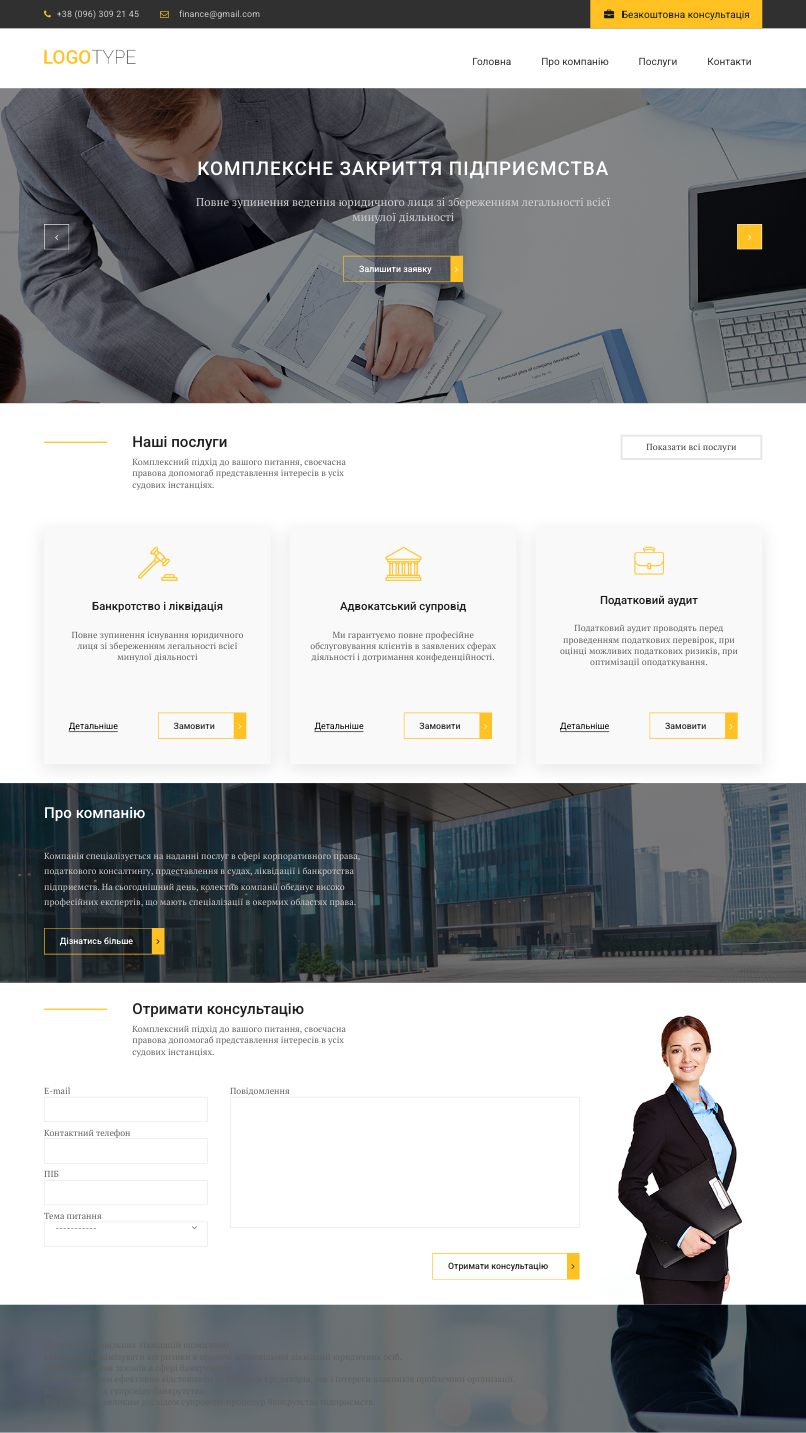
Repository: oliachipko/companysait
Page: index.html
These files come from the project's save history. The page is drawn as it stood at one moment and after the next save; the edit follows.
The browser window is 1280 px wide. The pictures show the whole page, at 63% of full size.

Above is the page before, as saved 2020-11-20 09:58:32.

After the next save:
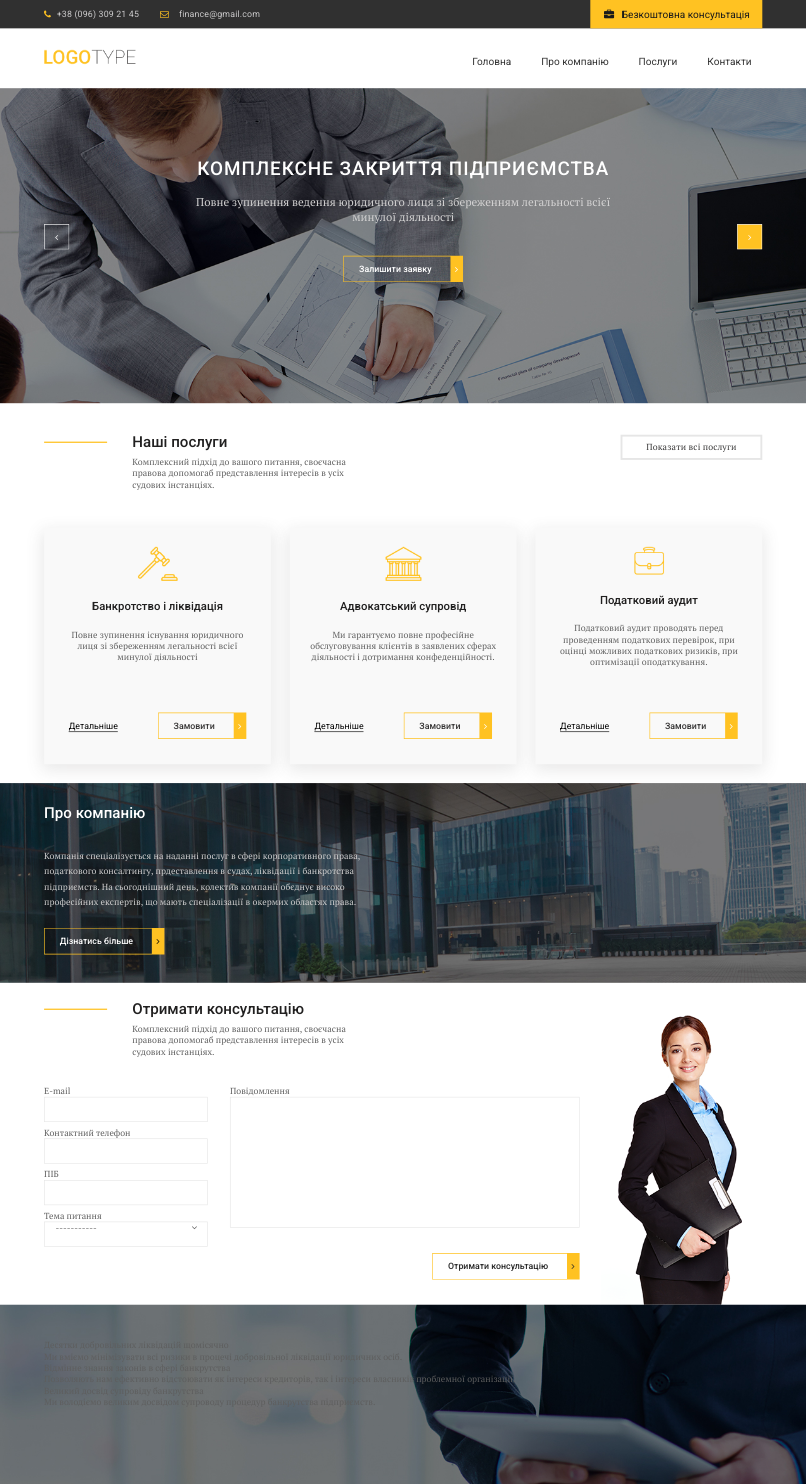
Saved 57 s later.
--- a/css/style.css
+++ b/css/style.css
@@ -441,4 +441,8 @@ header {
 .advantages{
     padding: 55px 0px 40px;
     background-image: url(../img/adv-fon.jpg);
-}
+    background-repeat: no-repeat;
+    background-position: center;
+    min-height: 285px;
+    bs
+}
